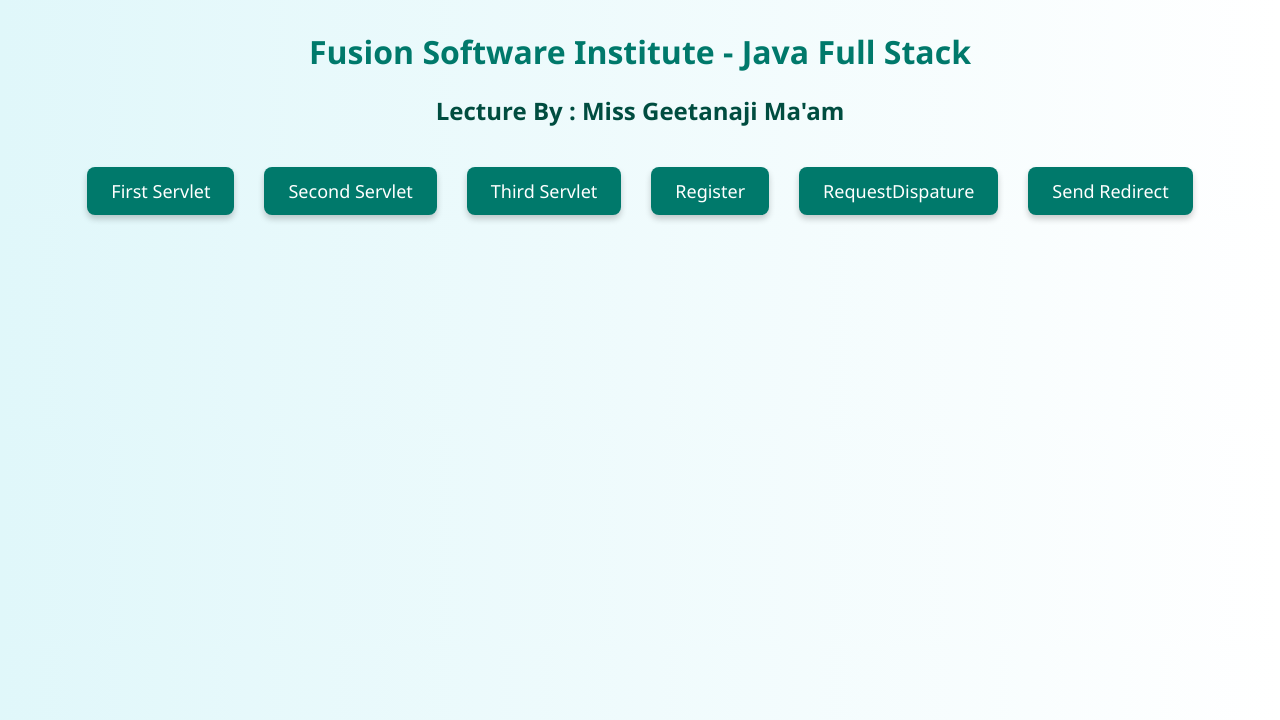
Repository: AkshayKPrajapati/CodingHub
Page: Servlet/WebContent/Index.html
The author's editor kept a copy of each file at every save. The page is drawn from the files as they stood at one save, then again after the next save.
The browser window is 1280 px wide. The pictures show the whole page.

Above is the page before, as saved 2025-10-13 21:05:59.

### Servlet/WebContent/Index.html
<!DOCTYPE html>
<html>
<head>
<meta charset="UTF-8">
<title>Fusion Software Institute - Java Full Stack</title>

<style>
    body {
        font-family: "Segoe UI", Tahoma, Geneva, Verdana, sans-serif;
        background: linear-gradient(to right, #e0f7fa, #fff);
        margin: 0;
        padding: 0;
        text-align: center;
    }

    h1 {
        color: #00796b;
        margin-top: 30px;
    }

    h2 {
        color: #004d40;
        margin-bottom: 40px;
    }

    .container {
        display: flex;
        justify-content: center;
        gap: 30px;
    }

    .container a {
        text-decoration: none;
        background-color: #00796b;
        color: white;
        padding: 12px 24px;
        border-radius: 8px;
        font-size: 18px;
        transition: all 0.3s ease;
        box-shadow: 0 4px 6px rgba(0, 0, 0, 0.2);
    }

    .container a:hover {
        background-color: #004d40;
        transform: scale(1.05);
    }
</style>
</head>

<body>
    <h1>Fusion Software Institute - Java Full Stack</h1>
    <h2>Lecture By : Miss Geetanaji Ma'am</h2>

    <div class="container">
        <a href="firstServlet">First Servlet</a>
        <a href="secondServlet">Second Servlet</a>
        <a href="ThirdServlet">Third Servlet</a>
       	<a href="register.html">Register</a>
       	<a href="requestDispature.html">RequestDispature</a>
       	<a href="sendRedirect.html">Send Redirect</a>

    </div>
</body>
</html>

After the next save:
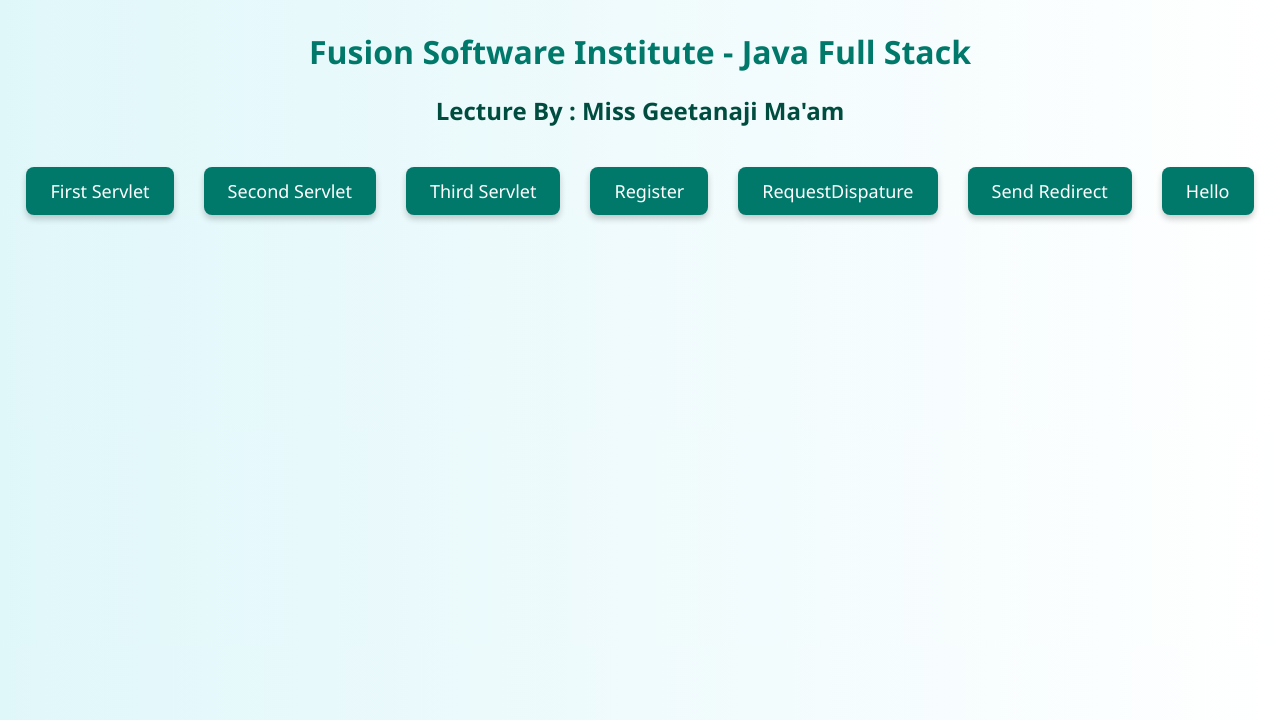
Saved 2 min 42 s later.
--- a/Servlet/WebContent/Index.html
+++ b/Servlet/WebContent/Index.html
@@ -58,7 +58,7 @@
        	<a href="register.html">Register</a>
        	<a href="requestDispature.html">RequestDispature</a>
        	<a href="sendRedirect.html">Send Redirect</a>
-
+       	<a href="attributepara.html">Hello</a>
     </div>
 </body>
 </html>
